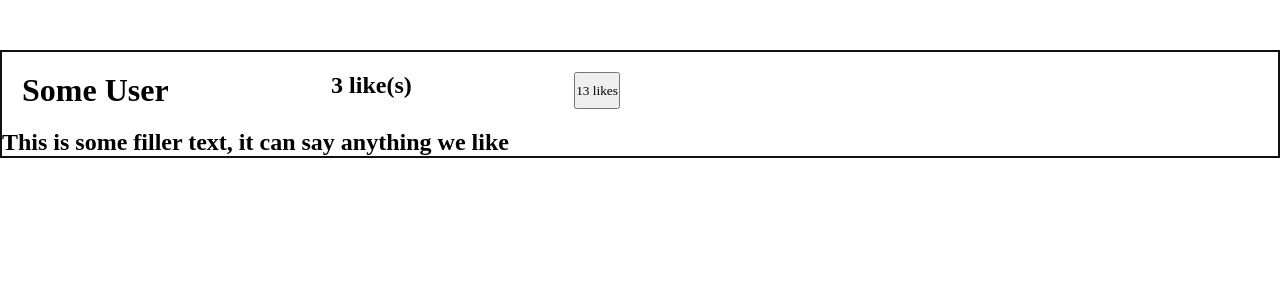
Repository: Blender20/liking_likes
Page: index.html
The author's editor kept a copy of each file at every save. The page is drawn from the files as they stood at one save, then again after the next save.
The browser window is 1280 px wide. The pictures show the whole page.
Some web fonts or font styles are not loaded; a fallback is used.

Above is the page before, as saved 2022-03-29 19:40:05.

After the next save:
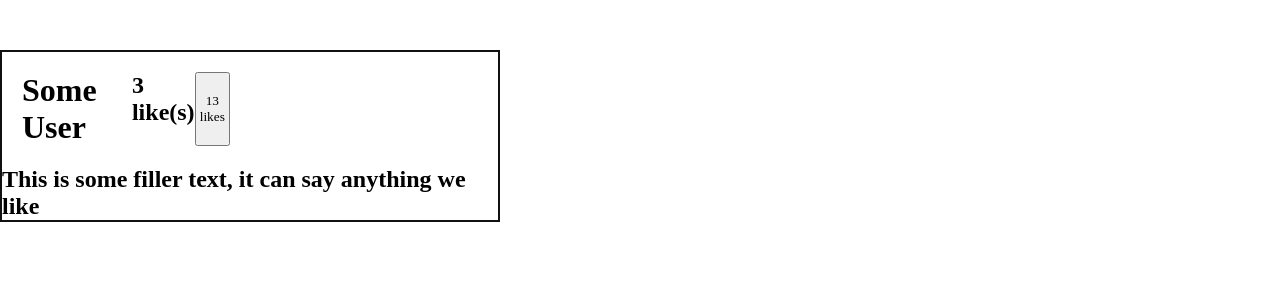
Saved 6 s later.
--- a/style.css
+++ b/style.css
@@ -17,7 +17,7 @@
 .column {
   border: 2px solid #111;
   margin-top: 50px;
-  width:
+  width:500px;
   min-height: 150px;
 
 
